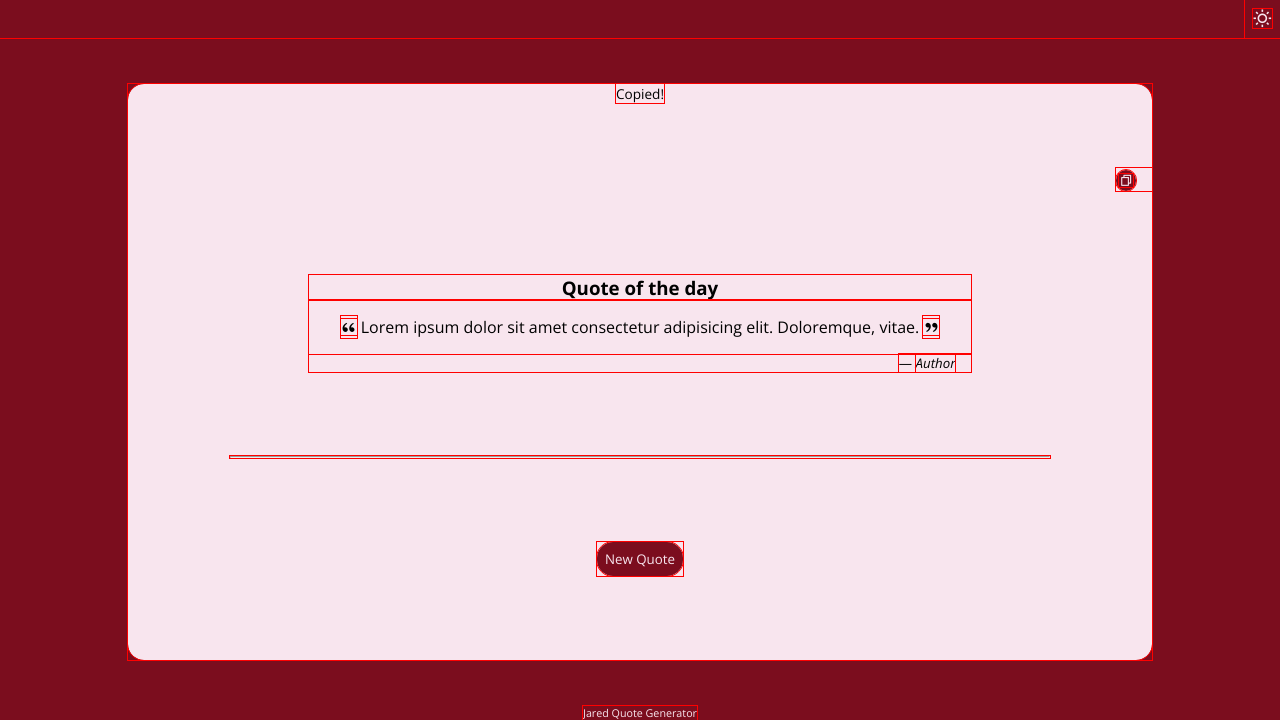
Repository: EguJaredoBoyd/Jared-Quote-Generator
Page: html/main.html
An editor plug-in stored every save of this project. The page is shown before and after the next save, followed by the edit.
The browser window is 1280 px wide. The pictures show the whole page.
After loading, the first visible `#copy-quote` was clicked once.
Some web libraries are served in a nearby version.

Above is the page before, as saved 2026-01-09 23:58:12.

### html/main.html
<!DOCTYPE html>
<html lang="en">
  <head>
    <meta charset="UTF-8" />
    <meta name="viewport" content="width=device-width, initial-scale=1.0" />
    <link rel="stylesheet" href="../css/style.css" />
    <script src="../js/main.js" defer></script>
    <link
      href="https://cdn.jsdelivr.net/npm/remixicon@4.8.0/fonts/remixicon.css"
      rel="stylesheet"
    />
    <link rel="preconnect" href="https://fonts.googleapis.com" />
    <link rel="preconnect" href="https://fonts.gstatic.com" crossorigin />
    <link
      href="https://fonts.googleapis.com/css2?family=Open+Sans:ital,wght@0,300..800;1,300..800&display=swap"
      rel="stylesheet"
    />
    <script src="../js/theme.js" defer></script>
    <script src="../js/copy.js" defer></script>
    <title>Document</title>
  </head>
  <body>
    <div class="container">
      <header>
        <button id="theme-toggle">
          <i class="ri-sun-line" id="theme-icon"></i>
        </button>
      </header>
      <main>
        <div class="quote-container">
          <span class="copy-alert" id="copy-feedback">Copied!</span>
          <div class="quote-container__copy">
            <button id="copy-quote"><i class="ri-file-copy-line"></i></button>
          </div>
          <div class="quote-container__quotes">
            <h3>Quote of the day</h3>
            <p id="quote-content">
              <span><i class="ri-double-quotes-l"></i></span> Lorem ipsum dolor
              sit amet consectetur adipisicing elit. Doloremque, vitae.
              <span><i class="ri-double-quotes-r"></i></span>
            </p>
            <div class="quote-container__author">
              <h5>&mdash; <i>Author</i></h5>
            </div>
          </div>
          <hr />
          <div class="quote-container__new--quote">
            <button>New Quote</button>
          </div>
        </div>
      </main>
      <footer>
        <div class="footer__developer">
          <h6>Jared Quote Generator</h6>
        </div>
      </footer>
    </div>
  </body>
</html>

### css/style.css
* {
  margin: 0;
  padding: 0;
  box-sizing: border-box;

  outline: 1px solid red;
}

:root {
  --background-color: #7b0d1e;
  --card-color: #f8e5ee;
  --text-color: black;
  --button-color: #7b0d1e;
}

html {
  font-size: 16px;
}

.lighter-theme {
  --background-color: #f8e5ee;
  --card-color: #7b0d1e;
  --text-color: whitesmoke;
  --button-color: #f8e5ee;
}

body {
  font-family: "Open Sans", sans-serif;
  background-color: var(--background-color);
  color: var(--text-color);
}

.container {
  height: 100vh;
  display: flex;
  flex-direction: column;
  justify-content: space-between;
  align-items: center;
}

header {
  display: flex;
  justify-content: flex-end;
  width: 100%;
}

header button {
  border: none;
  background: none;
  color: var(--card-color);
  font-size: larger;
  padding: 0.5rem;
}

.quote-container {
  display: flex;
  flex-direction: column;
  justify-content: space-evenly;
  align-items: center;
  height: 80vh;
  width: 80vw;
  max-width: 80vw;
  background-color: var(--card-color);
  border-radius: 1rem;
  position: relative;
}

.copy-alert {
  opacity: 0.5;
  top: 0;
  transform: translateY(0);
  position: absolute;
  font-size: 0.85rem;
  pointer-events: none;
  transition: all 0.3s ease;
}

.show {
  opacity: 1;
  transform: translateY(0);
}

.quote-container__copy {
  align-self: self-end;
  padding-right: 1rem;
}

.quote-container__copy button {
  background-color: var(--button-color);
  color: var(--card-color);
  border: none;
  border-radius: 1rem;
  padding: 0.2rem;
}

.quote-container__quotes {
  max-width: 100%;
  max-height: 100%;
}

.quote-container__quotes h3 {
  text-align: center;
}

.quote-container__quotes p {
  max-width: 100%;
  max-height: 40vh;
  overflow-y: auto;
  padding: 1rem 2rem;
  overflow-wrap: break-word;
  text-align: center;
}

.quote-container__quotes span {
  font-size: 1rem;
}

.quote-container__author {
  justify-self: end;
  padding-right: 1rem;
}

.quote-container__author h5 {
  font-weight: 300;
}

.quote-container hr {
  width: 80%;
}

.quote-container__new--quote button {
  background-color: var(--button-color);
  color: var(--card-color);
  padding: 0.5rem;
  border: none;
  border-radius: 1rem;
  font-family: "Open Sans", sans-serif;
}

.footer__developer h6 {
  color: var(--card-color);
  font-weight: 300;
}

### js/theme.js
//Target the theme button and theme icon
const themeToggle = document.getElementById("theme-toggle");
const themeIcon = document.getElementById("theme-icon");

//Invoke saved lighter theme
const savedTheme = JSON.parse(localStorage.getItem("Lighter-Theme"));

//Add a class of moon to the <i> tag
if (savedTheme === true) {
  document.body.classList.add("lighter-theme");
  //Remove default theme
  themeIcon.classList.remove("ri-sun-line");
  themeIcon.classList.add("ri-contrast-2-line");
}

//Add an eventlistener to toggle theme
function themeToggleFunction() {
  themeToggle.addEventListener("click", () => {
    const lighterTheme = document.body.classList.toggle("lighter-theme");

    if (lighterTheme) {
      themeIcon.classList.remove("ri-sun-line");
      themeIcon.classList.add("ri-contrast-2-line");
    } else {
      themeIcon.classList.remove("ri-contrast-2-line");
      themeIcon.classList.add("ri-sun-line");
    }

    //Save lighter-theme to the localStorage
    localStorage.setItem("Lighter-Theme", JSON.stringify(lighterTheme));
  });
}

themeToggleFunction();

### js/copy.js
//Target the copy and the quote buttons
const copyQuote = document.getElementById("copy-quote");
const qouteContent = document.getElementById("quote-content");
const copyFeedback = document.getElementById("copy-feedback");

function copyQuoteToClipboard() {
  copyQuote.addEventListener("click", () => {
    const quoteToCopy = qouteContent.textContent;
    navigator.clipboard.writeText(quoteToCopy);

    copyFeedback.classList.add("show");
  });
}

copyQuoteToClipboard();

Loaded but not shown: js/main.js (no copy from this time; the picture is the same without it)

After the next save:
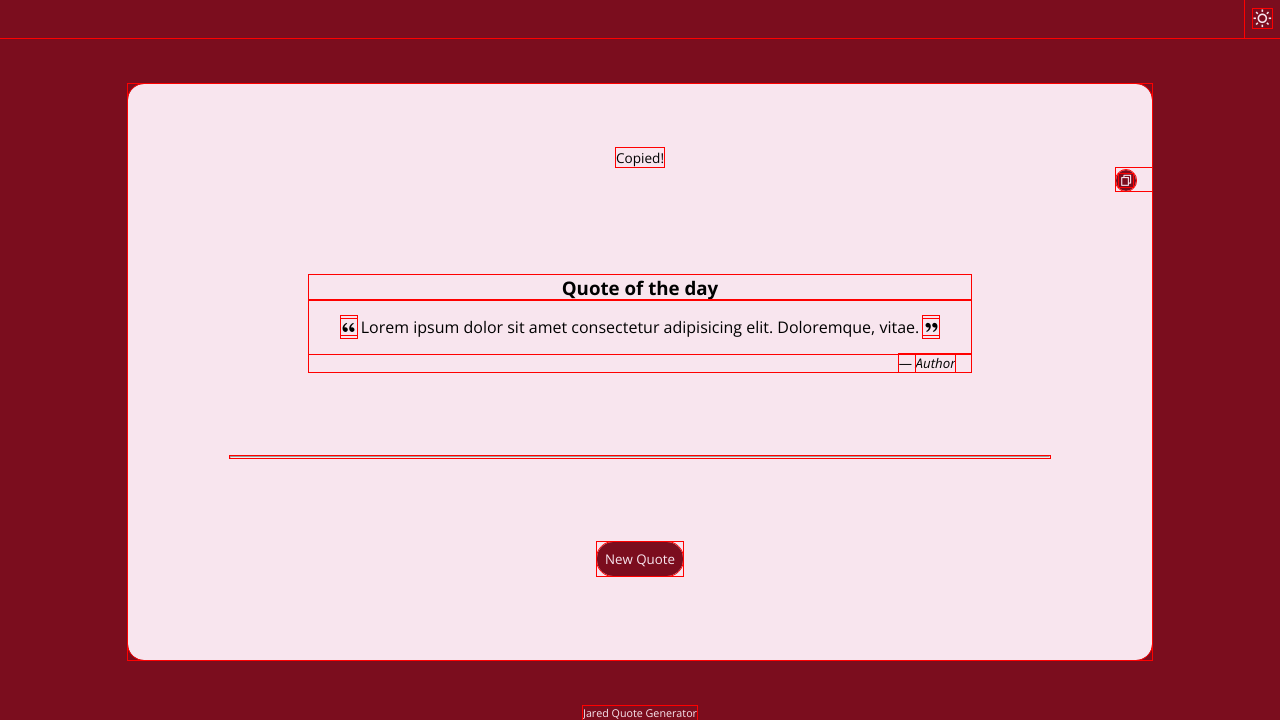
Saved 7 s later.
--- a/css/style.css
+++ b/css/style.css
@@ -77,7 +77,7 @@ header button {
 
 .show {
   opacity: 1;
-  transform: translateY(0);
+  transform: translateY(4rem);
 }
 
 .quote-container__copy {
